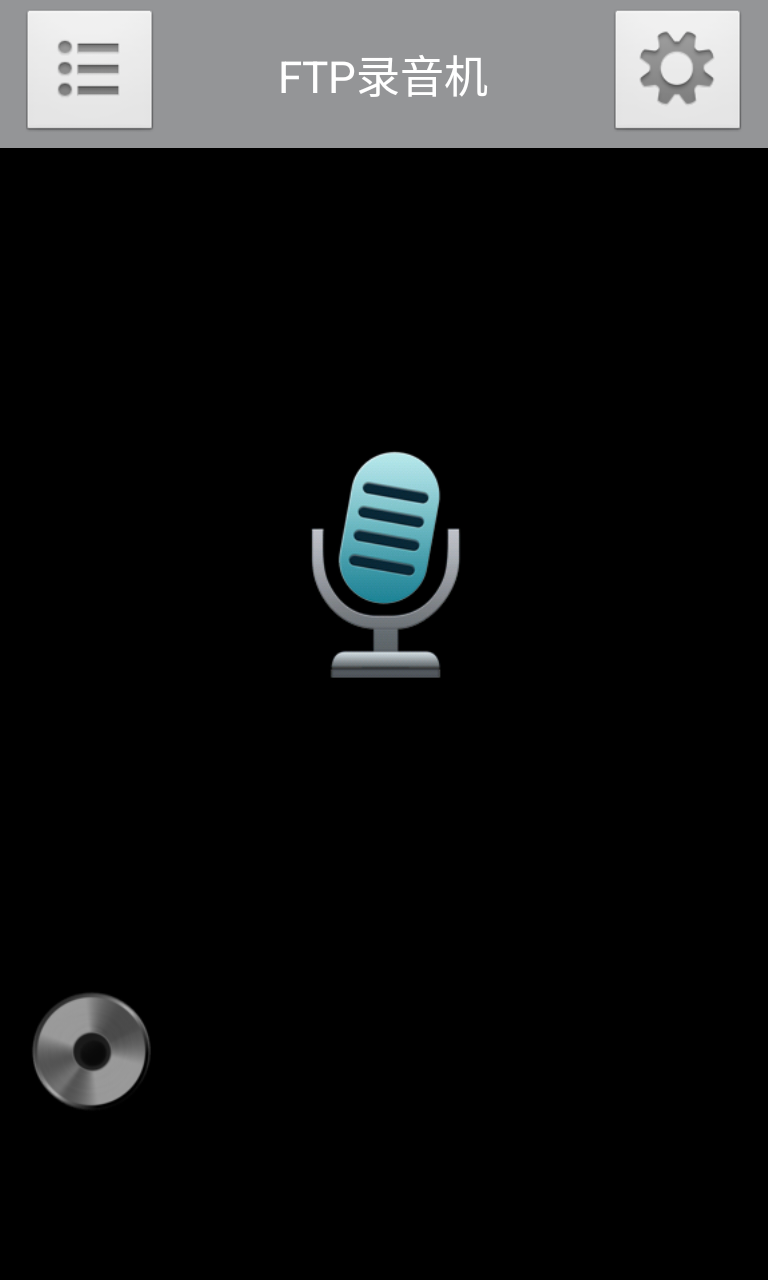
Repository: stone-jin/WAVRecoder
Layout: WAVRecoder2/res/layout/main.xml
These files come from the project's save history. The layout is drawn as it stood at one moment and after the next save; the edit follows.
It is drawn on a 768 x 1280 px phone screen (xhdpi) without system bars, with theme Anim_style2; the app's code is not run.

Above is the layout before, as saved 2014-05-06 19:05:25.

### WAVRecoder2/res/layout/main.xml
<?xml version="1.0" encoding="utf-8"?>
<LinearLayout xmlns:android="http://schemas.android.com/apk/res/android"
    android:layout_width="match_parent"
    android:layout_height="match_parent"
    android:orientation="vertical" >

    <include layout="@layout/main_title"/>

    <RelativeLayout
        android:layout_width="fill_parent"
        android:layout_height="fill_parent"
        android:layout_weight="1"
        android:gravity="center"
        >

	    <ImageView
	        android:layout_width="wrap_content"
	        android:layout_height="wrap_content"
	        android:background="@drawable/icon"
	        />

    </RelativeLayout>

    <LinearLayout
        android:layout_width="fill_parent"
        android:layout_height="150dp"
        android:orientation="horizontal"
        >

        <Button
            android:layout_width="wrap_content"
            android:layout_height="wrap_content"
            android:background="@drawable/btn_rekam_disabled"
            android:layout_marginLeft="10dp"
            />

    </LinearLayout>


</LinearLayout>

### WAVRecoder2/res/values/styles.xml
<resources>

    <!--
        Base application theme, dependent on API level. This theme is replaced
        by AppBaseTheme from res/values-vXX/styles.xml on newer devices.
    -->
    <style name="AppBaseTheme" parent="android:Theme.Light">
        <!--
            Theme customizations available in newer API levels can go in
            res/values-vXX/styles.xml, while customizations related to
            backward-compatibility can go here.
        -->
    </style>

    <!-- Application theme. -->
    <style name="AppTheme" parent="AppBaseTheme">
        <!-- All customizations that are NOT specific to a particular API-level can go here. -->
    </style>

    <!-- ####################以上内容全部来自搬运 ############################################ -->

    <style name="AnimFade" parent="@android:style/Animation.Activity">
    	<item name="android:activityOpenEnterAnimation">@anim/fade_in</item>
    	<item name="android:activityOpenExitAnimation">@anim/hold</item>
    	<item name="android:activityCloseEnterAnimation">@anim/fade_in</item>
    	<item name="android:activityCloseExitAnimation">@anim/fade_out</item>
	</style>
	<style name="AnimBottom" parent="@android:style/Animation">
    	<item name="android:windowEnterAnimation">@anim/push_bottom_in</item>
        <item name="android:windowExitAnimation">@anim/push_bottom_out</item>
	</style>
	<style name="AnimTop" parent="@android:style/Animation">
    	<item name="android:windowEnterAnimation">@anim/push_top_in</item>
        <item name="android:windowExitAnimation">@anim/push_top_out</item>
	</style>
	<style name="AnimTop2" parent="@android:style/Animation">
    	<item name="android:windowEnterAnimation">@anim/push_top_in2</item>
        <item name="android:windowExitAnimation">@anim/push_top_out2</item>
	</style>
	<style name="AnimHead" parent="@android:style/Animation">
    	<item name="android:windowEnterAnimation">@anim/head_in</item>
        <item name="android:windowExitAnimation">@anim/head_out</item>
	</style>

   	<style name="Anim_style" parent="android:Theme.NoTitleBar.Fullscreen">
        <item name="android:windowAnimationStyle">@style/AnimFade</item>
	</style>

	<style name="Anim_style2" parent="android:Theme.NoTitleBar">  <!-- 表示没有titlebar这个框 -->
        <item name="android:windowAnimationStyle">@style/AnimFade</item>     <!-- 定义其中打开或者保持或者关闭的时候的效果 -->
	</style>

	<style name="Anim_style_title" parent="android:Theme">
        <item name="android:windowAnimationStyle">@style/AnimFade</item>
        <item name="android:windowTitleSize">50dp</item>
        <item name="android:windowTitleBackgroundStyle">@style/CustomWindowTitleBackground</item>
	</style>

	<style name="CustomWindowTitleBackground">
       <item name="android:background">@drawable/title_bar</item>
	</style>

	<style name="MyDialogStyle">
        <item name="android:windowBackground">@android:color/transparent</item>
        <item name="android:windowFrame">@null</item>
        <item name="android:windowNoTitle">true</item>
        <item name="android:windowIsFloating">true</item>
        <item name="android:windowIsTranslucent">true</item>
        <item name="android:windowContentOverlay">@null</item>
        <item name="android:windowAnimationStyle">@android:style/Animation.Dialog</item>
        <item name="android:backgroundDimEnabled">true</item>
    </style>

    <style name="MyDialogStyleBottom" parent="android:Theme.Dialog" >
        <item name="android:windowAnimationStyle">@style/AnimBottom</item>
        <item name="android:windowFrame">@null</item><!--边框-->
        <item name="android:windowIsFloating">true</item><!--是否浮现在activity之上-->
        <item name="android:windowIsTranslucent">true</item><!--半透明-->
        <item name="android:windowNoTitle">true</item><!--无标题-->
        <item name="android:windowBackground">@android:color/transparent</item><!--背景透明-->
        <item name="android:backgroundDimEnabled">true</item><!--模糊-->
     </style>

     <style name="MyDialogStyleTop" parent="android:Theme.Dialog" >
        <item name="android:windowAnimationStyle">@style/AnimTop2</item>
        <item name="android:windowFrame">@null</item><!--边框-->
        <item name="android:windowIsFloating">true</item><!--是否浮现在activity之上-->
        <item name="android:windowIsTranslucent">true</item><!--半透明-->
        <item name="android:windowNoTitle">true</item><!--无标题-->
        <item name="android:windowBackground">@android:color/transparent</item><!--背景透明-->
        <item name="android:backgroundDimEnabled">false</item><!--模糊-->
     </style>

    <style name="HeadScale" parent="android:Theme.Dialog" >
        <item name="android:windowAnimationStyle">@style/AnimHead</item>
        <item name="android:windowFrame">@null</item><!--边框-->
        <item name="android:windowIsFloating">true</item><!--是否浮现在activity之上-->
        <item name="android:windowIsTranslucent">true</item><!--半透明-->
        <item name="android:windowNoTitle">true</item><!--无标题-->
        <item name="android:windowBackground">@android:color/black</item>
        <item name="android:backgroundDimEnabled">false</item><!--模糊-->
     </style>

    <style name="MyProgressBar" parent="android:Widget.ProgressBar">
        <item name="android:indeterminateDrawable">@drawable/loading</item>
	</style>

</resources>

### WAVRecoder2/res/layout/main_title.xml
<?xml version="1.0" encoding="utf-8"?>
<RelativeLayout xmlns:android="http://schemas.android.com/apk/res/android"
    android:layout_width="fill_parent"
    android:layout_height="wrap_content"
    android:background="#949597"
    android:paddingTop="4dp"
    android:paddingBottom="4dp"
    >

    <ImageButton
        android:layout_width="wrap_content"
        android:layout_height="wrap_content"
        android:src="@drawable/ic_menu_list"
        android:layout_alignParentLeft="true"
        android:layout_centerVertical="true"
        android:layout_marginLeft="10dp"
        />

    <TextView
        android:layout_width="wrap_content"
        android:layout_height="wrap_content"
        android:text="FTP录音机"
        android:textColor="#ffffff"
        android:textSize="22sp"
        android:layout_centerInParent="true"
        />

    <ImageButton
        android:layout_width="wrap_content"
        android:layout_height="wrap_content"
        android:src="@drawable/ic_menu_pengaturan"
        android:layout_alignParentRight="true"
        android:layout_centerVertical="true"
        android:layout_marginRight="10dp"
        />


</RelativeLayout>

After the next save:
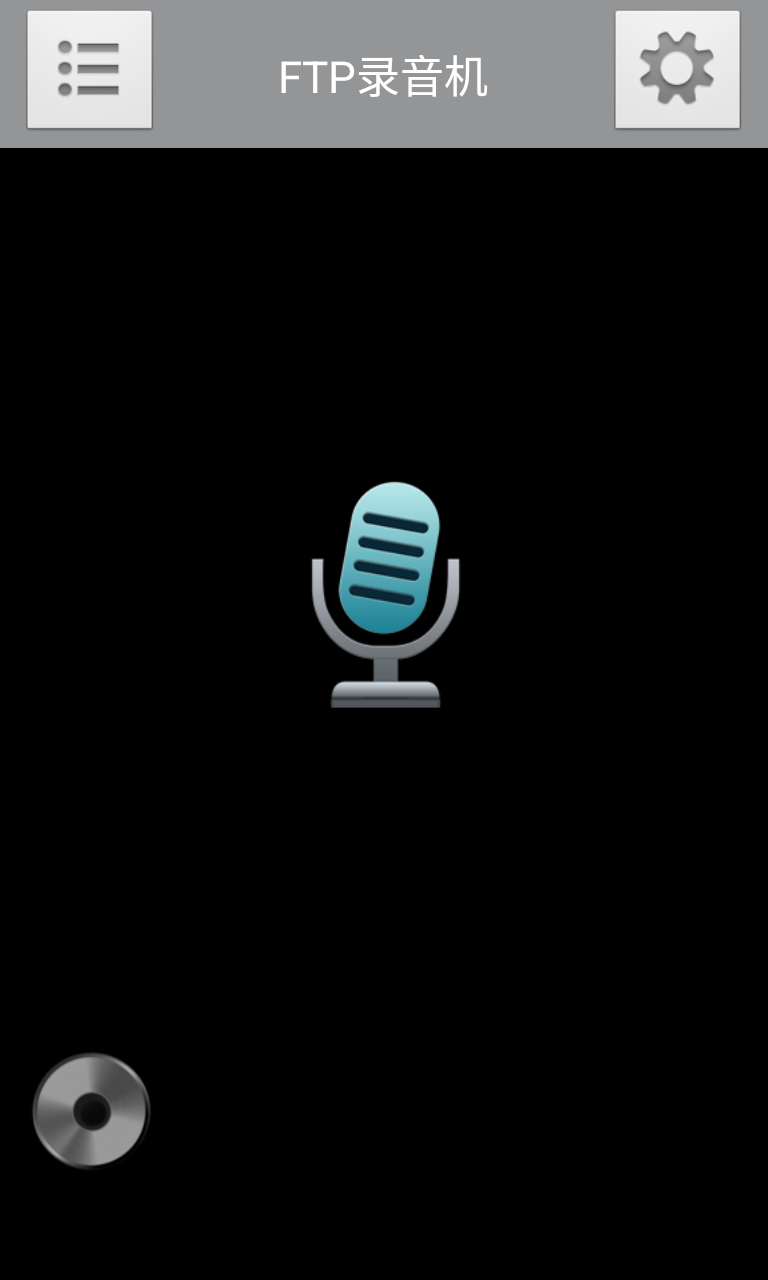
Saved 6 s later.
--- a/WAVRecoder2/res/layout/main.xml
+++ b/WAVRecoder2/res/layout/main.xml
@@ -23,7 +23,7 @@
 
     <LinearLayout
         android:layout_width="fill_parent"
-        android:layout_height="150dp"
+        android:layout_height="120dp"
         android:orientation="horizontal"
         >
 
